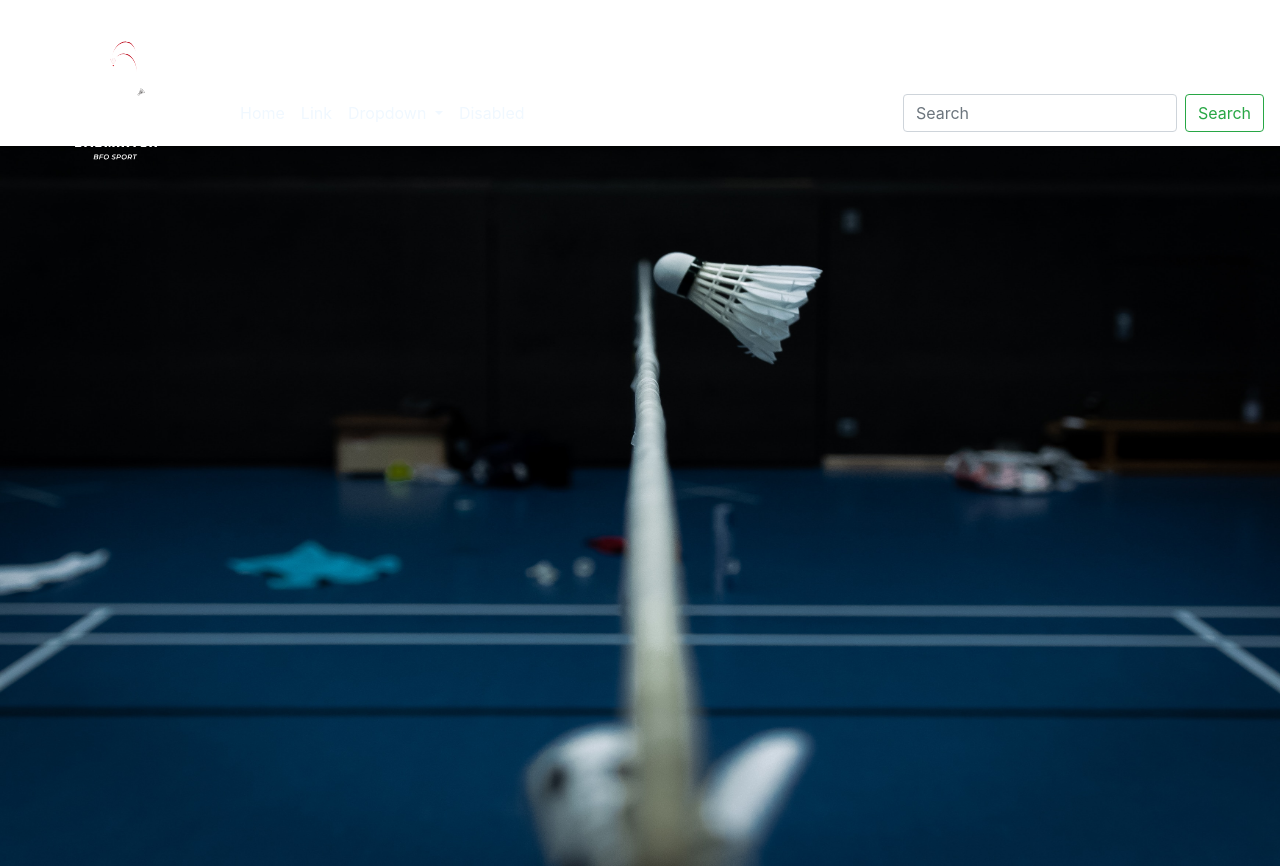
Repository: tsthuy/Badminton
Page: index.html
The author's editor kept a copy of each file at every save. The page is drawn from the files as they stood at one save, then again after the next save.
The browser window is 1280 px wide. The pictures show the whole page.
Some web libraries are served in a nearby version.

Above is the page before, as saved 2023-10-13 20:12:01.

### index.html
<!DOCTYPE html>
<html lang="en">
<head>
    <meta charset="UTF-8">
    <meta name="viewport" content="width=device-width, initial-scale=1.0">
    <link rel="stylesheet" href="https://cdn.jsdelivr.net/npm/bootstrap@4.0.0/dist/css/bootstrap.min.css" integrity="sha384-Gn5384xqQ1aoWXA+058RXPxPg6fy4IWvTNh0E263XmFcJlSAwiGgFAW/dAiS6JXm" crossorigin="anonymous">
    <link rel="stylesheet" href="main.css">

    <title>Badminton</title>
</head>
<body>

<nav class="navbar navbar-expand-lg navbar-light bg-light " style="background-color: transparent !important;
">
  <a style="color: aliceblue;" class="navbar-brand" href="#"><img class="logo" src="./Image/sport center (1).svg" />
  </a>
  <button class="navbar-toggler" type="button" data-toggle="collapse" data-target="#navbarSupportedContent" aria-controls="navbarSupportedContent" aria-expanded="false" aria-label="Toggle navigation">
    <span class="navbar-toggler-icon"></span>
  </button>

  <div class="collapse navbar-collapse" id="navbarSupportedContent">
    <ul class="navbar-nav mr-auto">
      <li class="nav-item active">
        <a style="color: aliceblue;" class="nav-link" href="#">Home <span class="sr-only">(current)</span></a>
      </li>
      <li class="nav-item">
        <a style="color: aliceblue;" class="nav-link" href="#">Link</a>
      </li>
      <li class="nav-item dropdown">
        <a style="color: aliceblue;" class="nav-link dropdown-toggle" href="#" id="navbarDropdown" role="button" data-toggle="dropdown" aria-haspopup="true" aria-expanded="false">
          Dropdown
        </a>
        <div style="color: aliceblue;" class="dropdown-menu" aria-labelledby="navbarDropdown">
          <a class="dropdown-item" href="#">Action</a>
          <a class="dropdown-item" href="#">Another action</a>
          <div class="dropdown-divider"></div>
          <a class="dropdown-item" href="#">Something else here</a>
        </div>
      </li>
      <li class="nav-item">
        <a style="color: aliceblue;" class="nav-link disabled" href="#">Disabled</a>
      </li>
    </ul>
    <form class="form-inline my-2 my-lg-0">
      <input class="form-control mr-sm-2" type="search" placeholder="Search" aria-label="Search">
      <button class="btn btn-outline-success my-2 my-sm-0" type="submit">Search</button>
    </form>
  </div>
</nav>
   <div class="background_cover">

    <img class="bg_img" src="./Image/stephan-rothe-VePgmkq3hHI-unsplash.jpg" alt="" style=" margin-top: -80px; height: 100vh; width: 100%;">
   </div>

</body>

<script src="https://code.jquery.com/jquery-3.2.1.slim.min.js" integrity="sha384-KJ3o2DKtIkvYIK3UENzmM7KCkRr/rE9/Qpg6aAZGJwFDMVNA/GpGFF93hXpG5KkN" crossorigin="anonymous"></script>
<script src="https://cdn.jsdelivr.net/npm/popper.js@1.12.9/dist/umd/popper.min.js" integrity="sha384-ApNbgh9B+Y1QKtv3Rn7W3mgPxhU9K/ScQsAP7hUibX39j7fakFPskvXusvfa0b4Q" crossorigin="anonymous"></script>
<script src="https://cdn.jsdelivr.net/npm/bootstrap@4.0.0/dist/js/bootstrap.min.js" integrity="sha384-JZR6Spejh4U02d8jOt6vLEHfe/JQGiRRSQQxSfFWpi1MquVdAyjUar5+76PVCmYl" crossorigin="anonymous"></script>
    </script>
</html>

### main.css
.logo
{
    width: 200px;

}

After the next save:
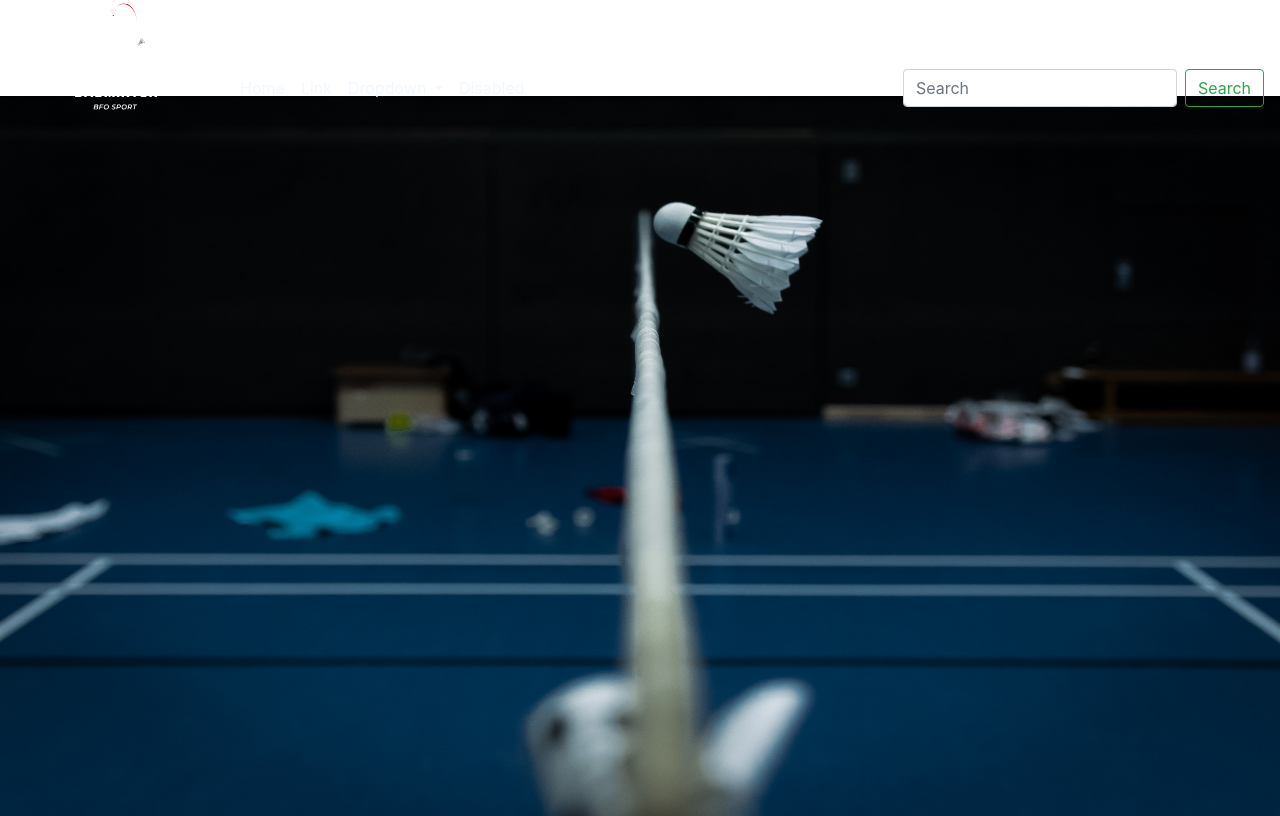
Saved 23 s later.
--- a/main.css
+++ b/main.css
@@ -1,5 +1,5 @@
 .logo
 {
     width: 200px;
-
+   margin-top: -50px;
 }
